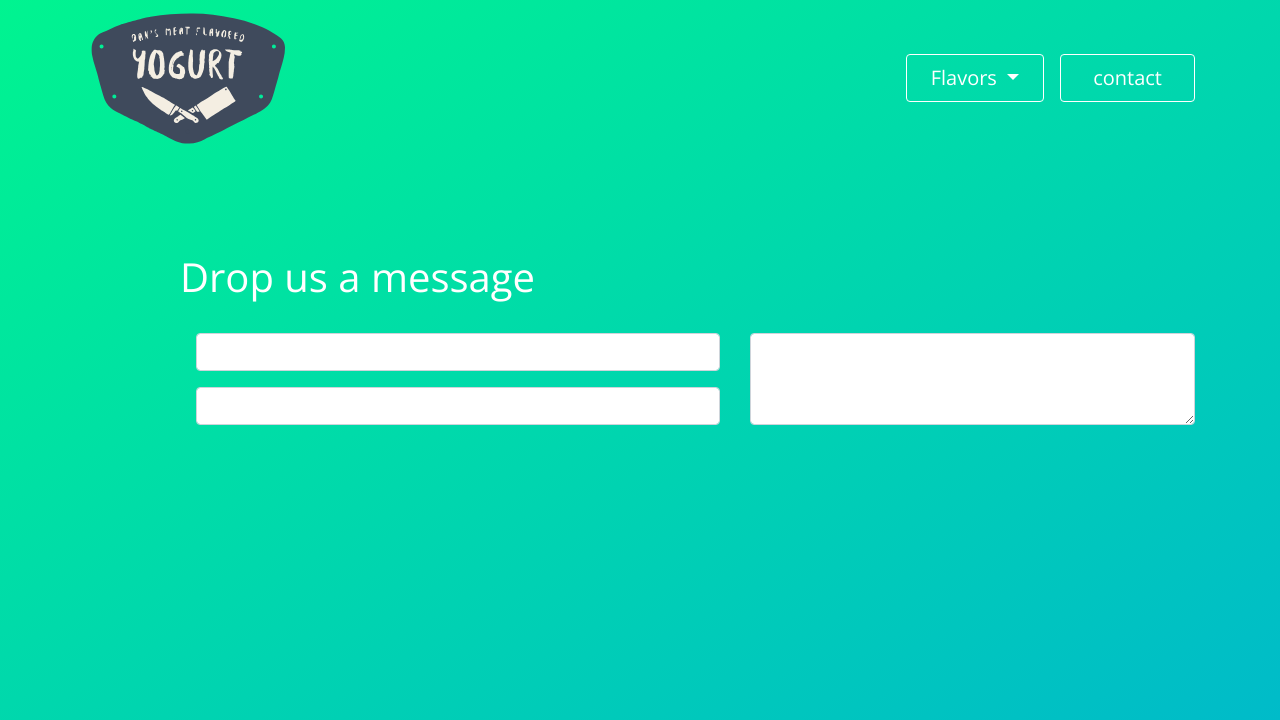
Repository: hoangnam180/Huyen
Page: Form.html
An editor plug-in stored every save of this project. The page is shown before and after the next save, followed by the edit.
The browser window is 1280 px wide. The pictures show the whole page.

Above is the page before, as saved 2021-12-03 18:55:32.
Not found: space.scss

After the next save:
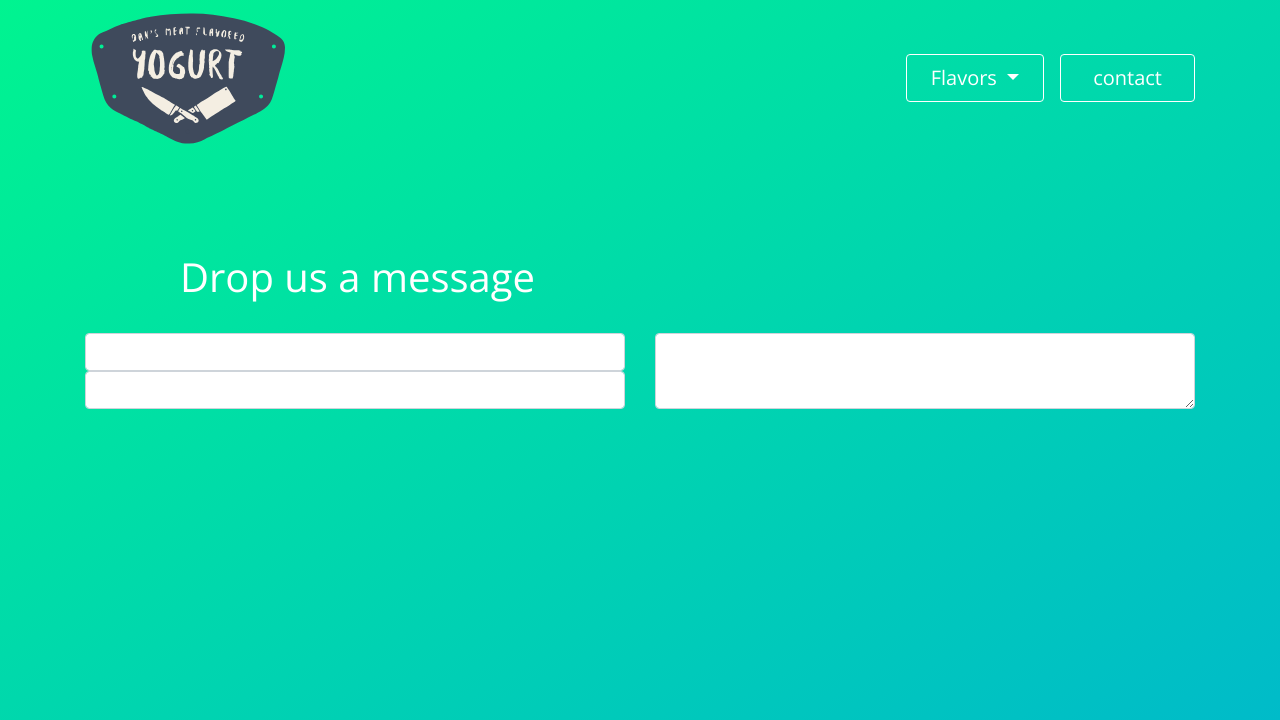
Saved 28 s later.
--- a/Form.html
+++ b/Form.html
@@ -59,15 +59,15 @@
         <div class="row mt-4">
             <div class="col">
                 <div class="row flex-column">
-                    <div class="col-10 offset-2">
+                    <div class="col">
                         <input 5 type="email" class="form-control" id="exampleInputEmail1">
                     </div>
-                    <div class="col-10 offset-2">
-                        <input type="text" id="" class="form-control mt-3" placeholder="">
+                    <div class="col">
+                        <input type="text" id="" class="form-control" placeholder="">
                     </div>
                 </div>
             </div>
-            <div class="col-5">
+            <div class="col">
                 <textarea style="height: 100%;" class="form-control" placeholder=""></textarea>
             </div>
         </div>
